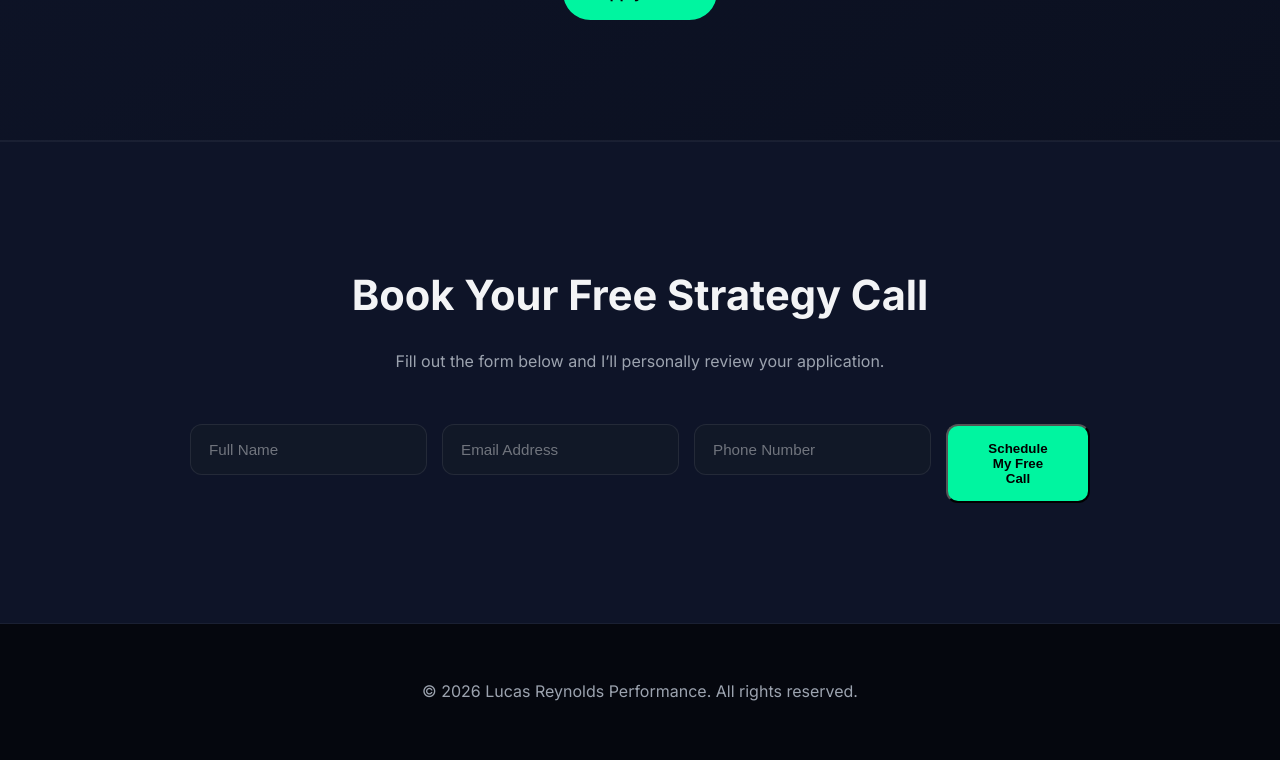
Repository: davidfsillva/Landing-page-pro
Page: index.html
An editor plug-in stored every save of this project. The page is shown before and after the next save, followed by the edit.
The browser window is 1280 px wide. The pictures show the part of the page from y = 3867 to 4819 px (the page is 4627 px tall before and 4819 px after).
A picture or video elsewhere on the page could not be fetched, so the positions and the page height are approximate.

Above is the page before, as saved 2026-02-26 17:19:20.

### index.html
<!DOCTYPE html>
<html lang="en">
<head>
    <!-- ================= BASIC META ================= -->
    <meta charset="UTF-8">
    <meta name="viewport" content="width=device-width, initial-scale=1.0, maximum-scale=5.0">
    <meta name="robots" content="index, follow">
    <link rel="canonical" href="https://www.lucasreynolds.com">

    <!-- ================= SEO ================= -->
    <title>Lucas Reynolds | Elite Personal Trainer</title>
    <meta name="description" content="Elite personal training focused on fat loss, muscle building and peak performance. Customized programs, strategic nutrition and real accountability. Book your free fitness consultation today.">

    <!-- ================= OPEN GRAPH ================= -->
    <meta property="og:title" content="Lucas Reynolds | Transform Your Body in 90 Days">
    <meta property="og:description" content="Personalized training programs with proven results. Limited spots available.">
    <meta property="og:type" content="website">
    <meta property="og:image" content="https://placehold.co/1200x630/0B1020/00FF99?text=LUCAS+REYNOLDS">
    <meta property="og:url" content="https://www.lucasreynolds.com">
    <meta name="twitter:card" content="summary_large_image">

    <!-- FONTS -->
    <link rel="preconnect" href="https://fonts.googleapis.com">
    <link href="https://fonts.googleapis.com/css2?family=Inter:wght@300;400;600;700;800&display=swap" rel="stylesheet">

    <link rel="stylesheet" href="style.css">
</head>

<body>

<header class="header">
  <div class="container header-flex">
      <div class="logo">LUCAS REYNOLDS</div>

      <button class="menu-toggle" id="menuToggle">☰</button>

      <nav class="nav" id="nav">
        <a href="#home">Home</a>
        <a href="#about">About</a>
        <a href="#method">Method</a>
        <a href="#results">Results</a>
        <a href="#contact" class="nav-cta">Book Call</a>
      </nav>
  </div>
</header>

<main>

<!-- HERO -->
<section id="home" class="hero">
    <div class="hero-overlay"></div>

    <div class="container hero-grid">

        <div class="hero-content">
            <div class="hero-badge">
                Trusted by 320+ Clients Worldwide
            </div>

            <h1>
                BUILD YOUR ELITE BODY
                <span>IN 90 DAYS.</span>
            </h1>

            <p>
                High-performance coaching for ambitious men who want visible results,
                structured training and real accountability.
            </p>

            <div class="hero-buttons">
                <a href="#contact" class="btn btn-primary">
                    Book Free Strategy Call
                </a>
            </div>

            <div class="hero-proof">
                <div>
                    <strong>320+</strong>
                    <small>Transformations</small>
                </div>

                <div>
                    <strong>8+ Years</strong>
                    <small>Experience</small>
                </div>
            </div>
        </div>

    </div>
</section>

<!-- ABOUT -->
<section id="about" class="section">
    <div class="container">
        <h2>Why Most People Fail</h2>

        <div class="grid-3">

            <div class="card">
                <h3>Generic Workouts</h3>
                <p>
                    Most programs are copied from the internet and built for everyone —
                    which means they’re built for no one.
                </p>
                <p>
                    Without personalization, your body doesn’t respond the way it should.
                    Progress slows. Motivation drops.
                </p>
            </div>

            <div class="card">
                <h3>Poor Nutrition</h3>
                <p>
                    Random dieting, cutting calories blindly, or following extreme plans
                    that don’t match your lifestyle.
                </p>
                <p>
                    Nutrition must support performance, recovery and consistency —
                    not destroy your energy.
                </p>
            </div>

            <div class="card">
                <h3>No Accountability</h3>
                <p>
                    Discipline fades when there’s no structure.
                </p>
                <p>
                    Without expert guidance, weekly adjustments and performance tracking,
                    most people quit before real transformation happens.
                </p>
            </div>

        </div>
    </div>
</section>

<!-- METHOD -->
<section id="method" class="section section-dark">
    <div class="container">
        <h2>The Reynolds Method</h2>

        <div class="method-list">

            <div class="method-item" data-step="01">
                <strong>Full Performance Assessment</strong>
                <p>
                    We start with a deep evaluation of your body composition,
                    strength levels, mobility, metabolism and lifestyle habits.
                </p>
                <p>
                    This allows us to identify limitations, imbalances and
                    performance gaps before building your transformation plan.
                </p>
            </div>

            <div class="method-item" data-step="02">
                <strong>Precision Custom Program</strong>
                <p>
                    Your training plan is engineered around your goal —
                    whether fat loss, muscle gain or full body recomposition.
                </p>
                <p>
                    Progressive overload, recovery cycles and measurable benchmarks
                    are built into every phase.
                </p>
            </div>

            <div class="method-item" data-step="03">
                <strong>Strategic Nutrition System</strong>
                <p>
                    No extreme dieting. No starvation.
                </p>
                <p>
                    Instead, a structured nutrition framework aligned with your
                    metabolism, schedule and performance demands.
                </p>
            </div>

            <div class="method-item" data-step="04">
                <strong>Elite Accountability Protocol</strong>
                <p>
                    Weekly check-ins, performance tracking and plan adjustments.
                </p>
                <p>
                    You stay focused. I handle the strategy.
                </p>
            </div>

        </div>
    </div>
</section>

<!-- RESULTS -->
<section id="results" class="section">
    <div class="container">
        <h2>Transformation Case Study Concepts</h2>

        <p class="portfolio-note">
            This section demonstrates how structured testimonials and visual proof
            can be presented in a high-conversion fitness landing page.
        </p>

        <div class="grid-3">

            <div class="testimonial">
                <img src="img/athlete-1.webp" alt="Fitness transformation concept">
                <p>
                    "In 16 weeks, I rebuilt my discipline, improved body composition
                    and achieved measurable strength gains."
                </p>
                <span>Sample Testimonial Layout | Fat Loss Concept</span>
            </div>

            <div class="testimonial">
                <img src="img/athlete-2.webp" alt="Fitness coaching concept">
                <p>
                    "The structured program and weekly check-ins created
                    consistent progress and long-term sustainability."
                </p>
                <span>Sample Testimonial Layout | Body Recomposition Concept</span>
            </div>

            <div class="testimonial">
                <img src="img/3.webp" alt="Elite fitness result concept">
                <p>
                    "Clear metrics, personalized programming and accountability
                    transformed both performance and confidence."
                </p>
                <span>Sample Testimonial Layout | Performance Concept</span>
            </div>

        </div>
    </div>
</section>

<!-- LIMITED SPOTS -->
<section class="section section-dark urgency">
    <div class="container">
        <h2>Limited Coaching Spots Available</h2>

        <p class="urgency-sub">
            I personally work with a select number of clients to guarantee
            elite-level attention and measurable results.
        </p>

        <div class="urgency-highlight">
            <strong>Only 3 Spots Remaining This Month</strong>
        </div>

        <a href="#contact" class="btn btn-primary">Apply Now</a>
    </div>
</section>

<!-- CONTACT -->
<section id="contact" class="section cta">
    <div class="container contact-container">

        <h2>Book Your Free Strategy Call</h2>

        <p class="contact-sub">
            Fill out the form below and I’ll personally review your application.
        </p>

        <form class="form contact-form">

            <div class="input-group">
                <input type="text" placeholder="Full Name" required>
            </div>

            <div class="input-group">
                <input type="email" placeholder="Email Address" required>
            </div>

            <div class="input-group">
                <input type="tel" placeholder="Phone Number" required>
            </div>

            <button type="submit" class="btn btn-primary btn-full">
                Schedule My Free Call
            </button>

        </form>
    </div>
</section>

</main>

<footer class="footer">
    <div class="container">
        <p>© 2026 Lucas Reynolds Performance. All rights reserved.</p>
    </div>
</footer>

<script src="script.js"></script>
</body>
</html>

### style.css
* {
    margin: 0;
    padding: 0;
    box-sizing: border-box;
}

:root {
    --bg: #0B0F1A;
    --bg-dark: #111827;
    --card: #161F2E;

    --text: #F3F4F6;
    --muted: #9CA3AF;

    --accent: #00F5A0;

    --radius: 18px;
}

body {
    font-family: 'Inter', sans-serif;
    background: var(--bg);
    color: var(--muted);
    line-height: 1.6;
}

.container {
    width: 90%;
    max-width: 1200px;
    margin: auto;
}

.section {
    padding: 100px 0;
}

.section-dark {
    background: var(--bg-dark);
}

h1, h2, h3 {
    color: var(--text);
}

.hero h1 {
    font-size: clamp(2rem, 4vw, 3rem);
}

h1 span {
    color: var(--accent);
}

h2 {
    font-size: 2rem;
    margin-bottom: 40px;
}

p {
    margin: 15px 0;
}

.btn {
    display: inline-block;
    padding: 15px 35px;
    border-radius: 50px;
    font-weight: 600;
    text-decoration: none;
    transition: 0.3s ease;
}

.btn-primary {
    background: var(--accent);
    color: #000;
}

.btn-primary:hover {
    transform: translateY(-3px);
}

/* HEADER */
.header {
    position: fixed;
    width: 100%;
    background: rgba(11,15,26,0.9);
    backdrop-filter: blur(8px);
    padding: 20px 0;
    z-index: 1000;
}

.header-flex {
    display: flex;
    justify-content: space-between;
    align-items: center;
}

.logo {
    font-weight: 800;
    color: var(--accent);
}

.nav {
    display: flex;
    gap: 30px;
}

.nav a {
    color: var(--muted);
    text-decoration: none;
}

.nav a:hover {
    color: var(--accent);
}

.menu-toggle {
    display: none;
    background: none;
    border: none;
    color: var(--accent);
    font-size: 1.5rem;
}

/* HERO */
.hero {
    height: 100vh;
    display: flex;
    align-items: center;
    background: url('img/pexels-ardit-mbrati-216809103-18187618.jpg') center right/cover no-repeat;
    position: relative;
    padding-top: 80px;
}

.hero-overlay {
    position: absolute;
    inset: 0;
    background: linear-gradient(270deg, rgba(11, 15, 26, 0.116), rgb(11, 15, 26));
}

.hero-grid {
    position: relative;
}
.hero-content {
    max-width: 600px;
    padding-left: 2px;

}

.hero-badge {
    background: rgba(0,245,160,0.1);
    color: var(--accent);
    padding: 8px 16px;
    border-radius: 50px;
    display: inline-block;
    margin-bottom: 20px;
}

.hero-proof {
    display: flex;
    gap: 40px;
    margin-top: 30px;
}

.hero-proof strong {
    color: var(--accent);
    font-size: 1.5rem;
    display: block;
}

/* ===============================
   ABOUT SECTION UPGRADE
=================================*/

#about {
    text-align: center;
}

#about h2 {
    margin-bottom: 60px;
    position: relative;
}

#about h2::after {
    content: "";
    width: 60px;
    height: 3px;
    background: var(--accent);
    display: block;
    margin: 18px auto 0;
    border-radius: 3px;
}


/* CARD ESTILO PROBLEMA */
.card {
    position: relative;
    background: linear-gradient(145deg, #121A2B, #0E1524);
    padding: 40px 30px;
    border-radius: 20px;
    border: 1px solid rgba(255,255,255,0.04);
    transition: 0.35s ease;
    text-align: left;
    overflow: hidden;
}



/* Hover mais forte */
.card:hover {
    transform: translateY(-10px);
    border-color: var(--accent);
    box-shadow: 0 25px 60px -20px var(--accent);
}

.card h3 {
    color: var(--accent);
    font-size: 1.2rem;
    margin-bottom: 15px;
}

.card p {
    font-size: 0.95rem;
    color: var(--muted);
    line-height: 1.6;
}



/* ===============================
   METHOD SECTION IMPROVED
=================================*/

.method-list {
    display: grid;
    gap: 30px;
    margin-top: 50px;
}

.method-item {
    position: relative;
    background: linear-gradient(145deg, #141C2F, #0F1625);
    padding: 30px 35px 30px 80px;
    border-radius: 18px;
    border: 1px solid rgba(255,255,255,0.05);
    transition: 0.35s ease;
    overflow: hidden;
}

/* Linha lateral de destaque */
.method-item::before {
    content: "";
    position: absolute;
    left: 0;
    top: 0;
    height: 100%;
    width: 6px;
    background: var(--accent);
    opacity: 0.8;
}

/* Número grande no fundo */
.method-item::after {
    content: attr(data-step);
    position: absolute;
    right: 25px;
    top: 20px;
    font-size: 4rem;
    font-weight: 800;
    color: rgba(255,255,255,0.04);
}

/* Hover sofisticado */
.method-item:hover {
    transform: translateY(-8px);
    border-color: var(--accent);
    box-shadow: 0 20px 50px -15px rgba(0,245,160,0.25);
}

.method-item strong {
    display: block;
    font-size: 1.2rem;
    color: var(--text);
    margin-bottom: 10px;
}

.method-item p {
    font-size: 0.95rem;
    color: var(--muted);
    max-width: 500px;
}



/* CARDS */
.grid-3 {
    display: grid;
    grid-template-columns: repeat(3, 1fr);
    gap: 30px;
}

.card, .testimonial {
    background: var(--card);
    padding: 30px;
    border-radius: var(--radius);
}

.method-list {
    display: grid;
    gap: 25px;
}

.method-item strong {
    color: var(--accent);
}

.portfolio-note {
    max-width: 700px;
    margin: 0 auto 50px auto;
    text-align: center;
    color: var(--muted);
    font-size: 0.95rem;
}

.testimonial span {
    display: block;
    margin-top: 15px;
    font-weight: 600;
    color: var(--accent);
}

.testimonial img {
    width: 100%;
    border-radius: 12px;
    margin: 0 auto 20px auto;
    display: block;
}

#results {
    text-align: center;
}

.testimonial {
    text-align: center;
}

/* FORM */
.form {
    display: grid;
    gap: 20px;
    max-width: 500px;
}

.form input {
    padding: 15px;
    border-radius: 10px;
    border: none;
}

/* ===============================
   CTA CLEAN HIGH-END
=================================*/

.cta {
    background: #0E1428;
    padding: 120px 0;
    text-align: center;
    border-top: 1px solid rgba(255,255,255,0.05);
    border-bottom: 1px solid rgba(255,255,255,0.05);
}

.cta h2 {
    font-size: clamp(2rem, 4vw, 2.6rem);
    margin-bottom: 20px;
}

.cta p {
    max-width: 600px;
    margin: 0 auto 50px auto;
    font-size: 1rem;
    color: var(--muted);
}

/* FORM INLINE PREMIUM */
.form {
    max-width: 900px;
    margin: 0 auto;
    display: grid;
    grid-template-columns: repeat(4, 1fr);
    gap: 15px;
}

.urgency {
    text-align: center;
    background: linear-gradient(145deg, #0E1428, #0B1020);
    padding: 120px 0;
    border-top: 1px solid rgba(255,255,255,0.05);
    border-bottom: 1px solid rgba(255,255,255,0.05);
}

.urgency h2 {
    font-size: clamp(2rem, 4vw, 2.6rem);
    margin-bottom: 20px;
}

.urgency p {
    max-width: 600px;
    margin: 0 auto 40px auto;
}

/* INPUTS */
.form input {
    padding: 16px 18px;
    border-radius: 12px;
    border: 1px solid rgba(255,255,255,0.08);
    background: #111827;
    color: var(--text);
    font-size: 0.95rem;
    transition: 0.3s ease;
}

.form input::placeholder {
    color: rgba(255,255,255,0.4);
}

.form input:focus {
    border-color: var(--accent);
    box-shadow: 0 0 0 3px rgba(0,245,160,0.12);
    outline: none;
}

/* BOTÃO */
.form button {
    border-radius: 12px;
    font-weight: 700;
}

/* RESPONSIVO */
@media (max-width: 900px) {
    .form {
        grid-template-columns: 1fr;
    }
}

/* FOOTER */
.footer {
    padding: 40px 0;
    text-align: center;
    background: #05070E;
}

/* RESPONSIVE */

@media (max-width: 768px) {
    .nav {
        display: none;
        flex-direction: column;
        background: var(--bg-dark);
        position: absolute;
        top: 70px;
        right: 0;
        padding: 20px;
    }

    .nav.active {
        display: flex;
    }

    .menu-toggle {
        display: block;
    }

    .hero-proof {
        flex-direction: column;
    }


    .method-list {
        grid-template-columns: repeat(2, 1fr);
    }

    .grid-3 {
        grid-template-columns: 1fr;
    }

    .method-list {
        grid-template-columns: 1fr;

    }
}

Loaded but not shown: script.js (183 lines, source omitted)

After the next save:
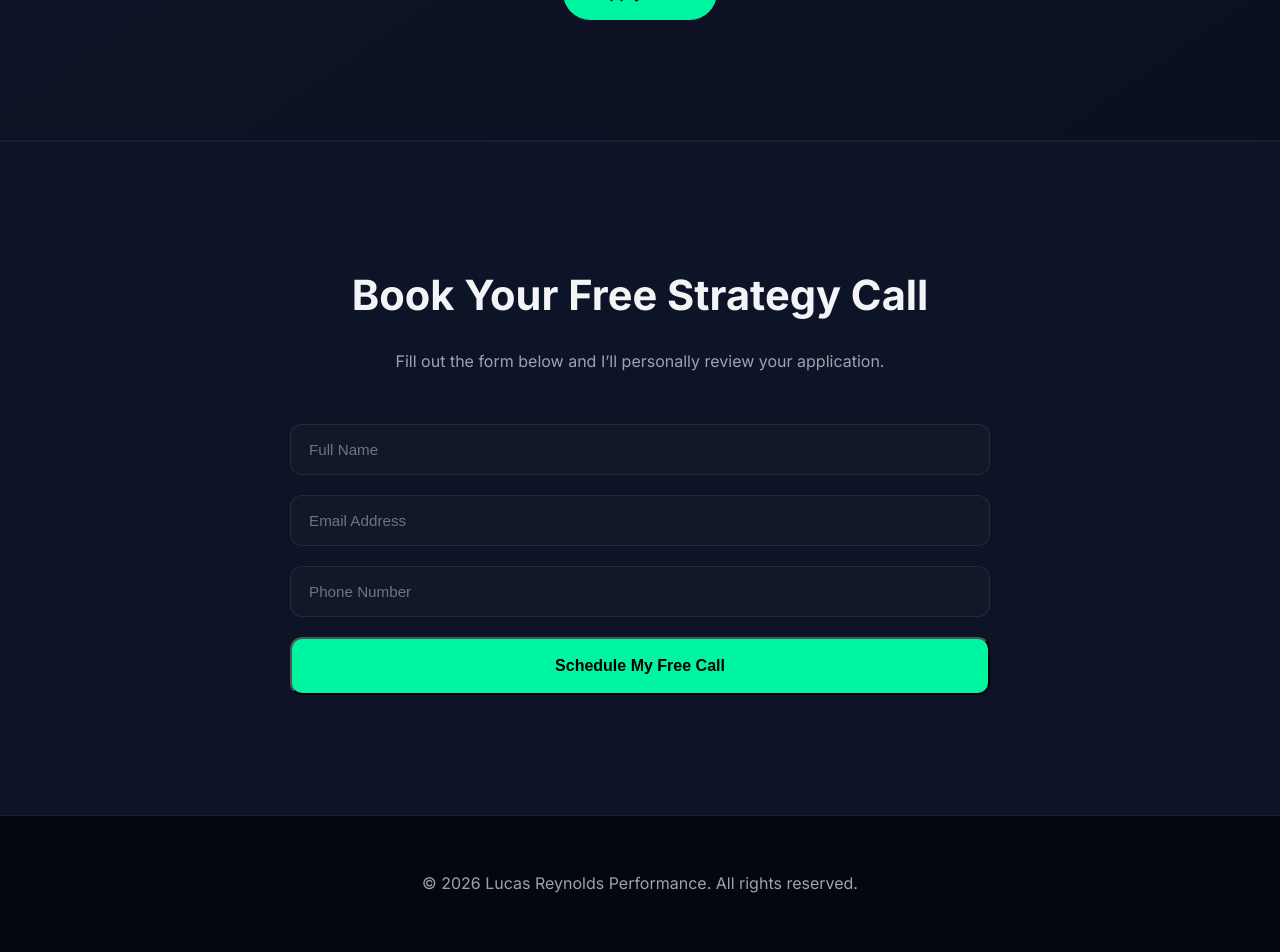
Saved 27 s later.
--- a/style.css
+++ b/style.css
@@ -406,6 +406,64 @@ p {
     margin: 0 auto 40px auto;
 }
 
+/* CONTACT CONTAINER */
+.contact-container {
+    max-width: 700px;
+    text-align: center;
+}
+
+/* SUBTITLE */
+.contact-sub {
+    margin-bottom: 40px;
+    color: var(--muted);
+    font-size: 0.95rem;
+}
+
+/* FORM LAYOUT */
+.contact-form {
+    display: flex;
+    flex-direction: column;
+    gap: 20px;
+}
+
+/* INPUT GROUP */
+.input-group {
+    position: relative;
+}
+
+/* INPUT STYLE */
+.contact-form input {
+    width: 100%;
+    padding: 18px 20px;
+    border-radius: 14px;
+    border: 1px solid rgba(255,255,255,0.08);
+    background: #0F1625;
+    color: var(--text);
+    font-size: 0.95rem;
+    transition: 0.3s ease;
+}
+
+/* INPUT FOCUS EFFECT */
+.contact-form input:focus {
+    border-color: var(--accent);
+    box-shadow: 0 0 0 4px rgba(0,245,160,0.12);
+    outline: none;
+}
+
+/* FULL WIDTH BUTTON */
+.btn-full {
+    width: 100%;
+    padding: 18px;
+    font-size: 1rem;
+    font-weight: 700;
+}
+
+/* BUTTON HOVER PREMIUM */
+.btn-primary:hover {
+    transform: translateY(-3px);
+    box-shadow: 0 15px 35px -10px rgba(0,245,160,0.5);
+}
+
 /* INPUTS */
 .form input {
     padding: 16px 18px;
